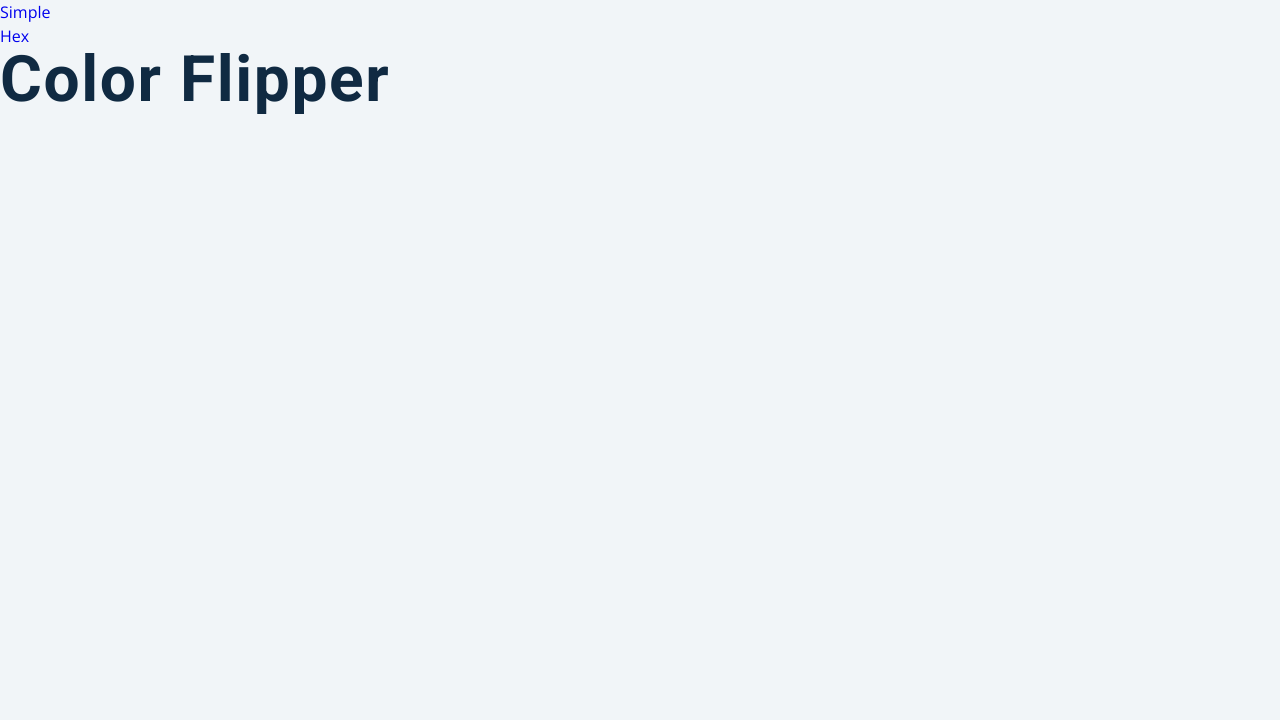
Repository: mosesvk/javascript-basic-projects
Page: 01-color-flipper/setup/index.html
An editor plug-in stored every save of this project. The page is shown before and after the next save, followed by the edit.
The browser window is 1280 px wide. The pictures show the whole page.

Above is the page before, as saved 2023-08-24 16:51:31.

After the next save:
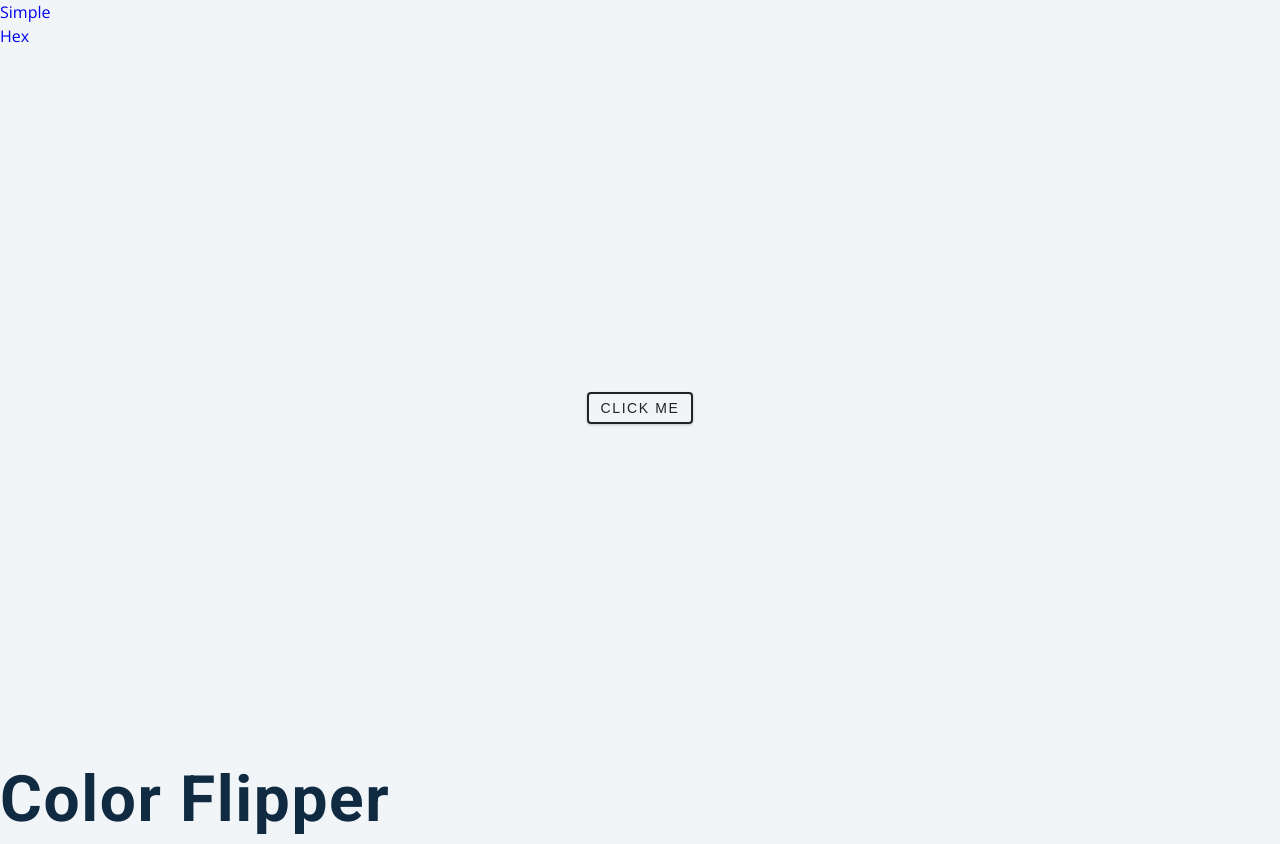
Saved 2 min 16 s later.
--- a/01-color-flipper/setup/index.html
+++ b/01-color-flipper/setup/index.html
@@ -21,6 +21,11 @@
         </ul>
       </div>
     </nav>
+    <main>
+      <div class="container">
+        <button class="btn btn-hero" id="btn">Click Me</button>
+      </div>
+    </main>
     <h1>color flipper</h1>
     <!-- javascript -->
     <script src="app.js"></script>
